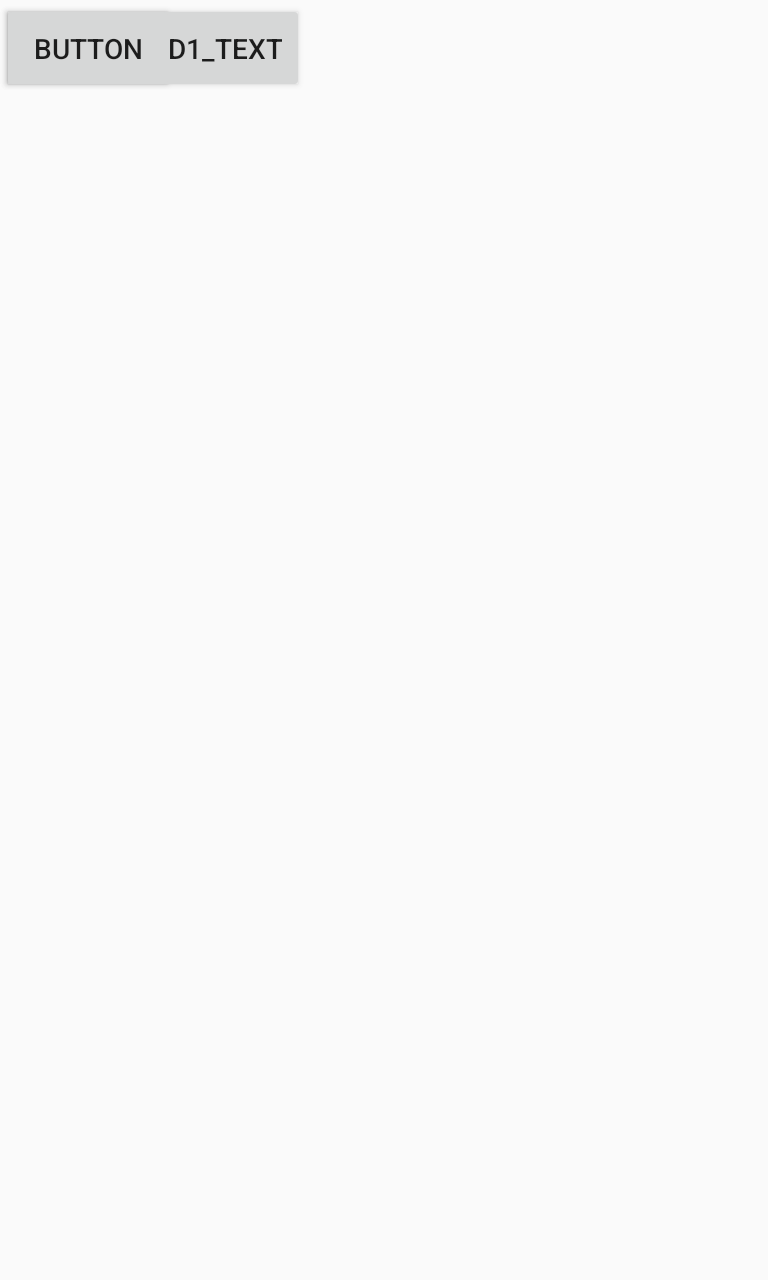
Repository: mauriciominella/AndroidVerbTrainer
Layout: CapigoatVerbTrainer/res/layout/activity_main.xml
These files come from the project's save history. The layout is drawn as it stood at one moment and after the next save; the edit follows.
It is drawn on a 768 x 1280 px phone screen (xhdpi) without system bars, with theme AppTheme; the app's code is not run.

Above is the layout before, as saved 2014-05-30 00:09:29.

### CapigoatVerbTrainer/res/layout/activity_main.xml
<FrameLayout xmlns:android="http://schemas.android.com/apk/res/android"
    xmlns:tools="http://schemas.android.com/tools"
    android:id="@+id/container"
    android:layout_width="match_parent"
    android:layout_height="match_parent"
    tools:context="com.bravi.capigoatverbtrainer.MainActivity"
    tools:ignore="MergeRootFrame" >

    <Button
        android:id="@+id/btn_round1"
        android:layout_width="wrap_content"
        android:layout_height="wrap_content"
        android:hint="@string/hint_round1"
        android:text="@string/Round1" />

    <Button
        android:id="@+id/btn_round2"
        android:layout_width="wrap_content"
        android:layout_height="wrap_content"
        android:text="Button" />

</FrameLayout>

### CapigoatVerbTrainer/res/values/strings.xml
<?xml version="1.0" encoding="utf-8"?>
<resources>

    <string name="app_name">CapigoatVerbTrainer</string>
    <string name="hello_world">Hello world!</string>
    <string name="action_settings">Settings</string>
    <string name="Round1">btn_round1_text</string>
    <string name="hint_round1">Start round 1</string>

</resources>

Loaded but not shown: CapigoatVerbTrainer/res/values/styles.xml (common file); CapigoatVerbTrainer/res/values-v11/styles.xml (common file); CapigoatVerbTrainer/res/values-v14/styles.xml (common file)

After the next save:
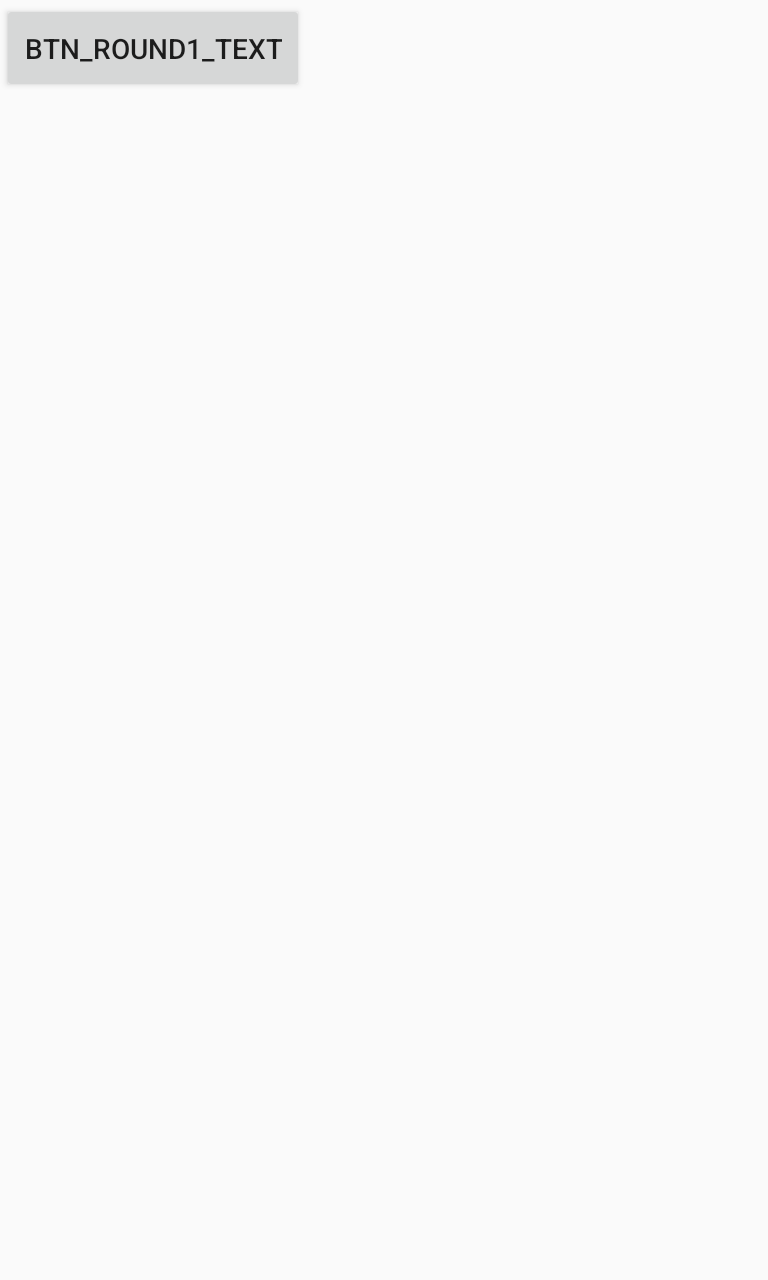
Saved 61 s later.
--- a/CapigoatVerbTrainer/res/layout/activity_main.xml
+++ b/CapigoatVerbTrainer/res/layout/activity_main.xml
@@ -13,10 +13,4 @@
         android:hint="@string/hint_round1"
         android:text="@string/Round1" />
 
-    <Button
-        android:id="@+id/btn_round2"
-        android:layout_width="wrap_content"
-        android:layout_height="wrap_content"
-        android:text="Button" />
-
 </FrameLayout>
